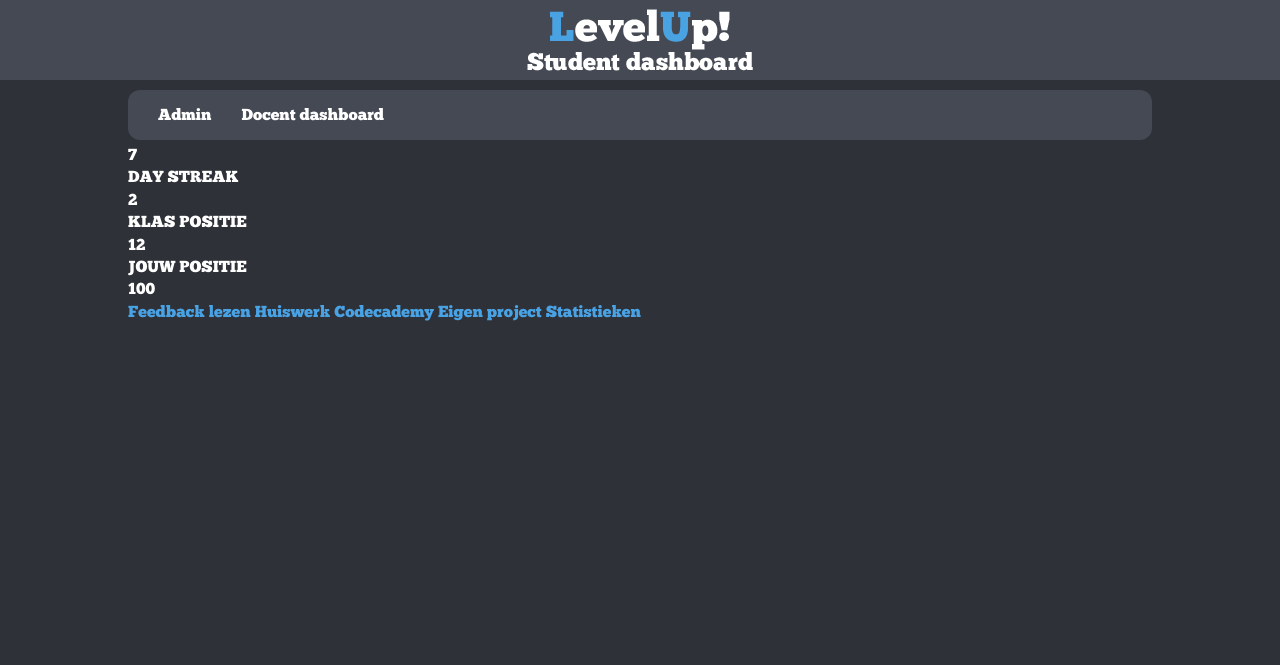
Repository: boblanckenburg/levelup
Page: website/src/index.html
These files come from the project's save history. The page is drawn as it stood at one moment and after the next save; the edit follows.
The browser window is 1280 px wide. The pictures show the whole page.

Above is the page before, as saved 2014-10-07 13:40:15.

After the next save:
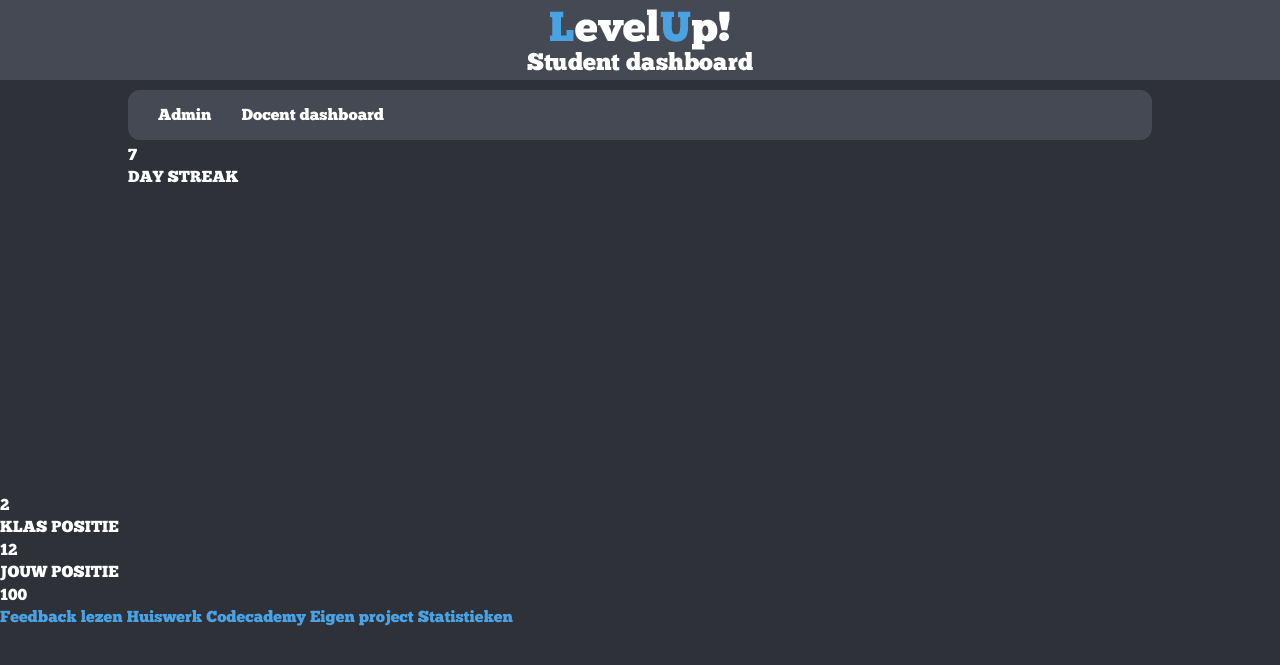
Saved 20 min 48 s later.
--- a/website/src/index.html
+++ b/website/src/index.html
@@ -29,15 +29,15 @@
 				<section class="streaks">
 					<div class="streakitem">
 						<div class="score" id="day">7</div>
-						<div class="name">DAY STREAK</div>
+						<div class="arrow">DAY STREAK</div></div>
 					</div>
 					<div class="streakitem">
 						<div class="score" id="class">2</div>
-						<div class="name">KLAS POSITIE</div>
+						<div class="arrow"><div class="nametext">KLAS POSITIE</div></div>
 					</div>
 					<div class="streakitem">
 						<div class="score" id="indv">12</div>
-						<div class="name">JOUW POSITIE</div>
+						<div class="arrow"><div class="nametext">JOUW POSITIE</div></div>
 					</div>
 				</section>
 

After the 2 saves that followed:
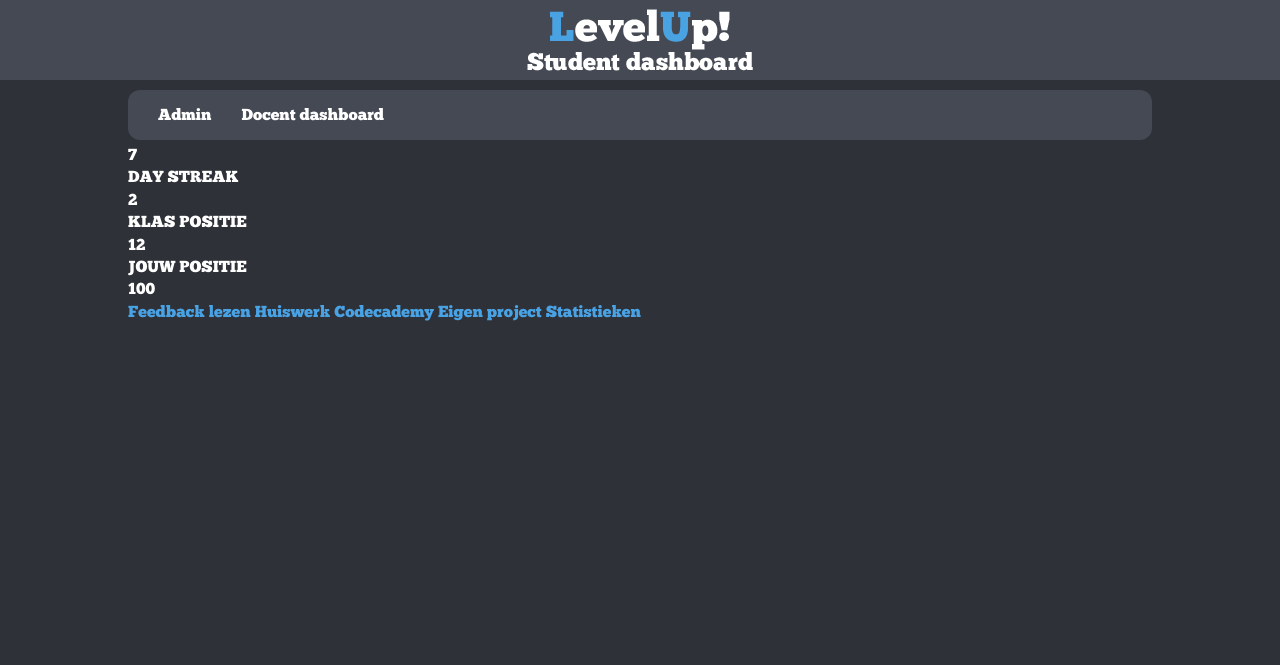
The 2 saves are shown as one change because 1 left the picture as it was.
The last was saved 82 s later.
--- a/website/src/index.html
+++ b/website/src/index.html
@@ -29,15 +29,15 @@
 				<section class="streaks">
 					<div class="streakitem">
 						<div class="score" id="day">7</div>
-						<div class="arrow">DAY STREAK</div></div>
+						<div class="arrow"><div class="name">DAY STREAK</div></div>
 					</div>
 					<div class="streakitem">
 						<div class="score" id="class">2</div>
-						<div class="arrow"><div class="nametext">KLAS POSITIE</div></div>
+						<div class="arrow"><div class="name">KLAS POSITIE</div></div>
 					</div>
 					<div class="streakitem">
 						<div class="score" id="indv">12</div>
-						<div class="arrow"><div class="nametext">JOUW POSITIE</div></div>
+						<div class="arrow"><div class="name">JOUW POSITIE</div></div>
 					</div>
 				</section>
 
